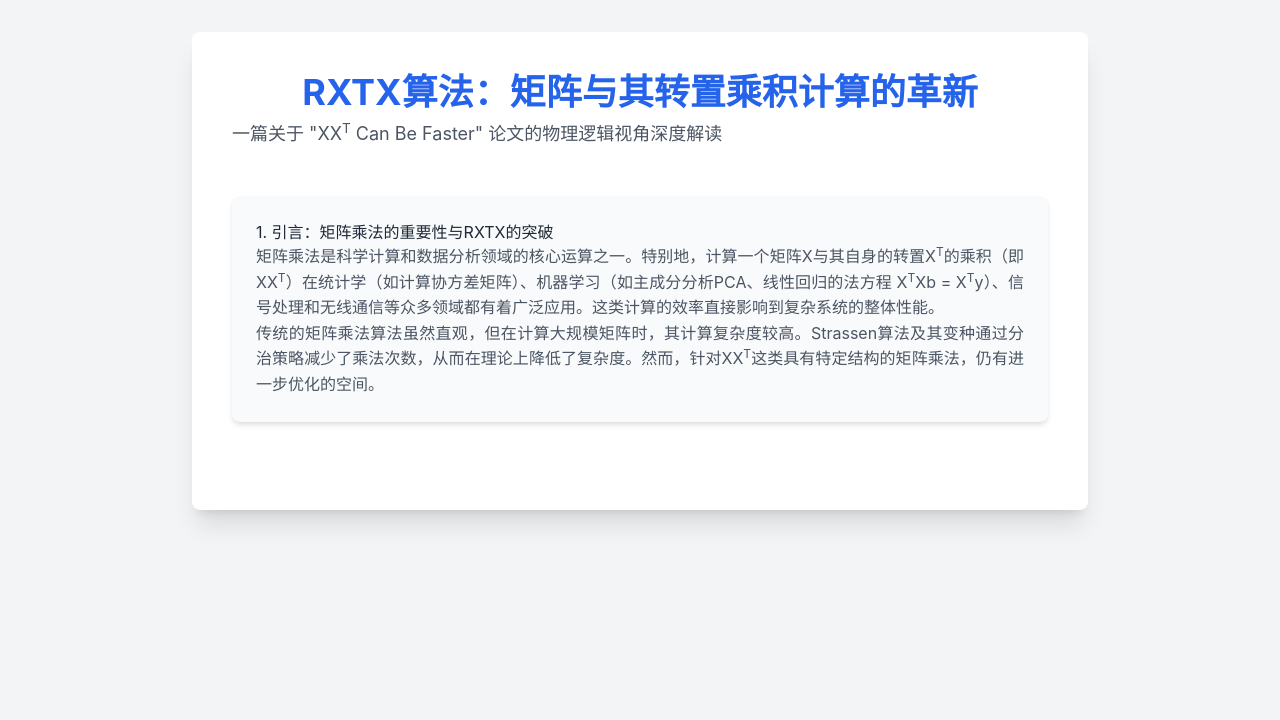
Repository: james130012/newcline
Page: useful/6.新矩阵乘法.html
An editor plug-in stored every save of this project. The page is shown before and after the next save, followed by the edit.
The browser window is 1280 px wide. The pictures show the whole page.
Some web libraries are served in a nearby version.

Above is the page before, as saved 2025-05-17 14:58:48.

### useful/6.新矩阵乘法.html
<!DOCTYPE html>
<html lang="zh-CN">
<head>
    <meta charset="UTF-8">
    <meta name="viewport" content="width=device-width, initial-scale=1.0">
    <title>RXTX算法深度解析与动画演示</title>
    <script src="https://cdn.tailwindcss.com"></script>
    <script src="https://cdnjs.cloudflare.com/ajax/libs/p5.js/1.9.0/p5.min.js"></script>
    <script src="https://cdn.jsdelivr.net/npm/chart.js"></script>
    <style>
        body { font-family: 'Inter', sans-serif; }
        .content-section { margin-bottom: 3rem; padding: 1.5rem; background-color: #f9fafb; border-radius: 0.5rem; box-shadow: 0 4px 6px -1px rgba(0, 0, 0, 0.1), 0 2px 4px -1px rgba(0, 0, 0, 0.06); }
        .animation-container { margin-top: 1rem; margin-bottom: 1rem; border: 1px solid #e5e7eb; border-radius: 0.5rem; }
        canvas { display: block; margin: auto; background-color: #fff; height: 250px; }
        #chart3, #chart4 { max-height: 250px; }
        .controls { text-align: center; margin-top: 0.5rem; margin-bottom: 1rem; }
        .controls button { background-color: #3b82f6; color: white; padding: 0.5rem 1rem; border-radius: 0.375rem; border: none; cursor: pointer; margin: 0 0.25rem; transition: background-color 0.3s; }
        .controls button:hover { background-color: #2563eb; }
        h2 { font-size: 1.75rem; font-weight: 600; margin-bottom: 1rem; color: #1f2937; }
        h3 { font-size: 1.25rem; font-weight: 500; margin-top: 1.5rem; margin-bottom: 0.75rem; color: #374151; }
        p, li { line-height: 1.6; color: #4b5563; text-align: justify; }
        ul { list-style-type: disc; margin-left: 1.5rem; }
        .formula { font-family: monospace; background-color: #e5e7eb; padding: 0.25rem 0.5rem; border-radius: 0.25rem; display: inline-block; }
    </style>
</head>
<body class="bg-gray-100 text-gray-800 p-4 md:p-8">
    <div class="max-w-4xl mx-auto bg-white shadow-xl rounded-lg p-6 md:p-10">
        <header class="text-center mb-12">
            <h1 class="text-4xl font-bold text-blue-600">RXTX算法：矩阵与其转置乘积计算的革新</h1>
            <p class="text-lg text-gray-600 mt-2">一篇关于 "XX<sup>T</sup> Can Be Faster" 论文的物理逻辑视角深度解读</p>
        </header>

        <section class="content-section">
            <h2>1. 引言：矩阵乘法的重要性与RXTX的突破</h2>
            <p>矩阵乘法是科学计算和数据分析领域的核心运算之一。特别地，计算一个矩阵X与其自身的转置X<sup>T</sup>的乘积（即XX<sup>T</sup>）在统计学（如计算协方差矩阵）、机器学习（如主成分分析PCA、线性回归的法方程 X<sup>T</sup>Xb = X<sup>T</sup>y）、信号处理和无线通信等众多领域都有着广泛应用。这类计算的效率直接影响到复杂系统的整体性能。</p>
            <p>传统的矩阵乘法算法虽然直观，但在计算大规模矩阵时，其计算复杂度较高。Strassen算法及其变种通过分治策略减少了乘法次数，从而在理论上降低了复杂度。然而，针对XX<sup>T</sup>这类具有特定结构的矩阵乘法，仍有进一步优化的空间。</p>

After the next save:
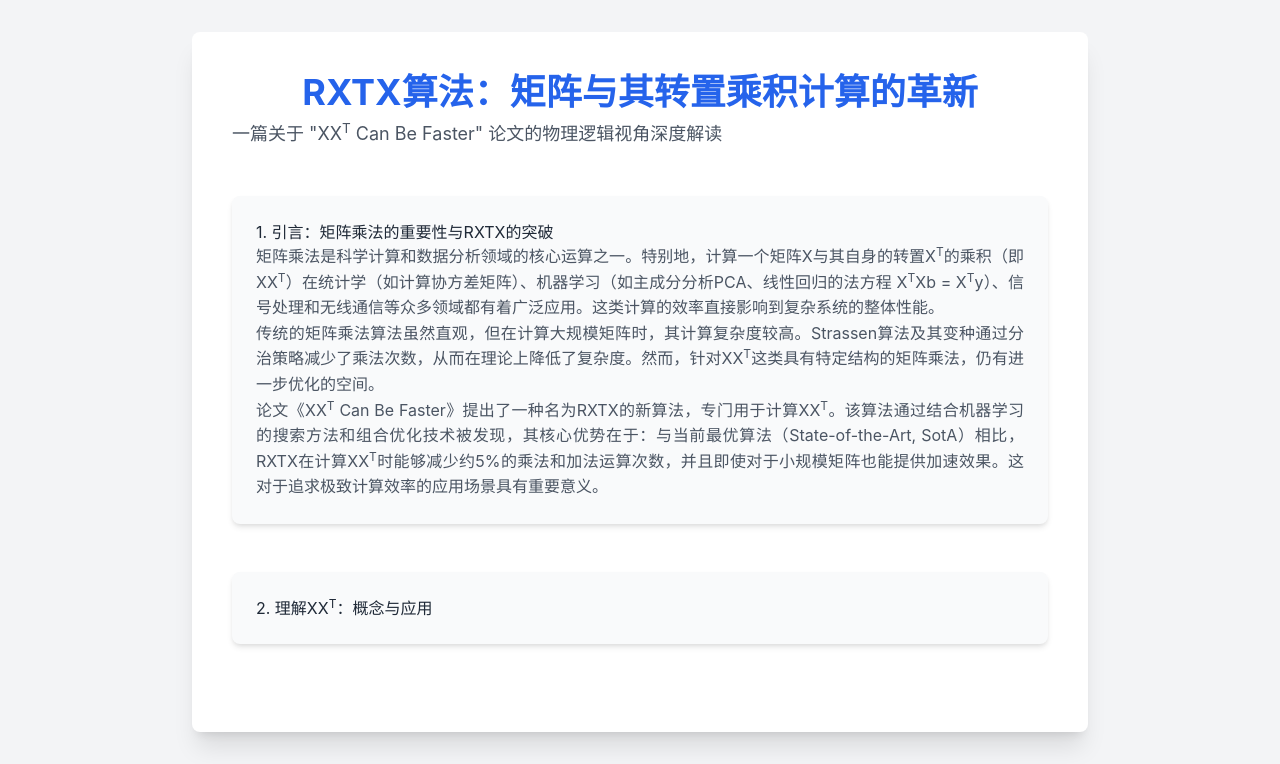
Saved 4 s later.
--- a/useful/6.新矩阵乘法.html
+++ b/useful/6.新矩阵乘法.html
@@ -34,3 +34,8 @@
             <h2>1. 引言：矩阵乘法的重要性与RXTX的突破</h2>
             <p>矩阵乘法是科学计算和数据分析领域的核心运算之一。特别地，计算一个矩阵X与其自身的转置X<sup>T</sup>的乘积（即XX<sup>T</sup>）在统计学（如计算协方差矩阵）、机器学习（如主成分分析PCA、线性回归的法方程 X<sup>T</sup>Xb = X<sup>T</sup>y）、信号处理和无线通信等众多领域都有着广泛应用。这类计算的效率直接影响到复杂系统的整体性能。</p>
             <p>传统的矩阵乘法算法虽然直观，但在计算大规模矩阵时，其计算复杂度较高。Strassen算法及其变种通过分治策略减少了乘法次数，从而在理论上降低了复杂度。然而，针对XX<sup>T</sup>这类具有特定结构的矩阵乘法，仍有进一步优化的空间。</p>
+            <p>论文《XX<sup>T</sup> Can Be Faster》提出了一种名为RXTX的新算法，专门用于计算XX<sup>T</sup>。该算法通过结合机器学习的搜索方法和组合优化技术被发现，其核心优势在于：与当前最优算法（State-of-the-Art, SotA）相比，RXTX在计算XX<sup>T</sup>时能够减少约5%的乘法和加法运算次数，并且即使对于小规模矩阵也能提供加速效果。这对于追求极致计算效率的应用场景具有重要意义。</p>
+        </section>
+
+        <section class="content-section">
+            <h2>2. 理解XX<sup>T</sup>：概念与应用</h2>
